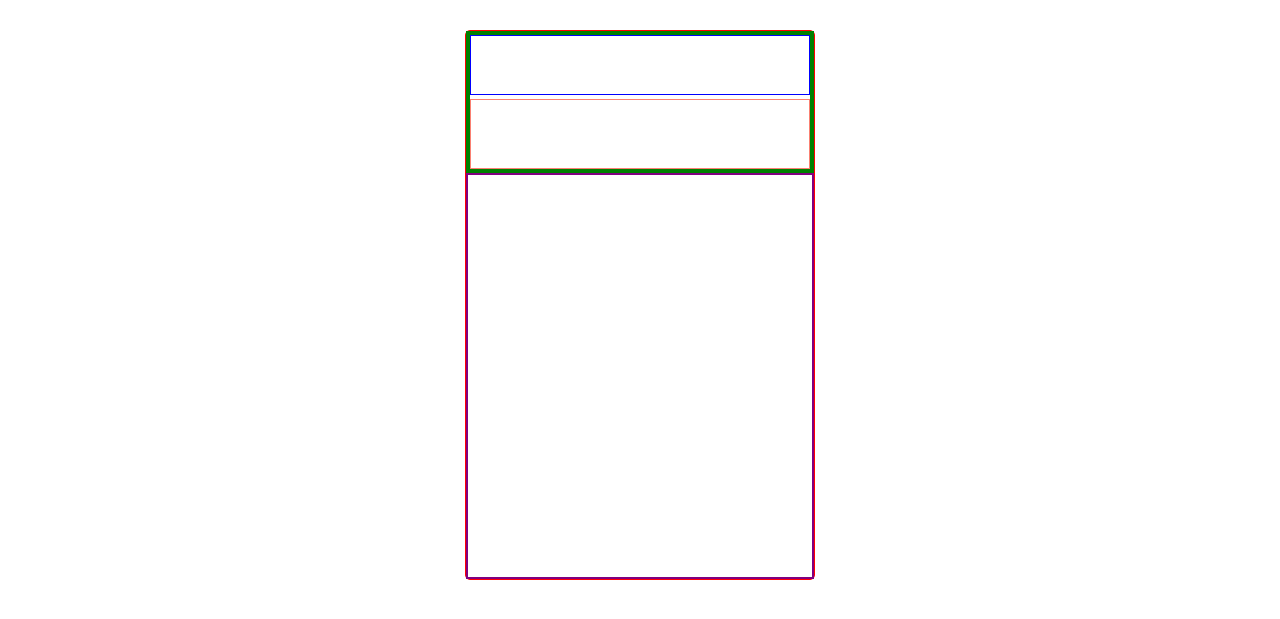
Repository: OfirLana/Calculator
Page: index.html
The author's editor kept a copy of each file at every save. The page is drawn from the files as they stood at one save, then again after the next save.
The browser window is 1280 px wide. The pictures show the whole page.

Above is the page before, as saved 2019-03-12 17:52:27.

### index.html
<!DOCTYPE html>
<html lang="en">

<head>
    <meta charset="UTF-8">
    <meta name="viewport" content="width=device-width, initial-scale=1.0">
    <meta http-equiv="X-UA-Compatible" content="ie=edge">
    <link href="https://fonts.googleapis.com/css?family=Lato:100,300,400,700,900" rel="stylesheet">
    <title>Document</title>
    <link rel="stylesheet" href="style.css">
</head>

<body>
    <div class="calculator">
        <div class="out_put_box">
            <div class="main_out_put">
            </div>
            <div class="sub_out_put">
            </div>
        </div>


        <div class="opeartor_box">



        </div>








    </div>
    <script src="index.js"></script>
</body>

</html>

### style.css
* {
    margin: 0;
    padding: 0;
    box-sizing: border-box;
}

html {
    font-size: 62.5%;
}

body {
    font-family: "Lato", sans-serif;
    font-weight: 400;
    font-size: 1.6rem;
    line-height: 1.7;
    color: #777;
    padding: 3rem;
}

.calculator {
    display: flex;
    flex-direction: column;
    margin: 0 auto;
    width: 35rem;
    height: 55rem;
    border: 1px solid red;
    border-radius: 5px;
}

.out_put_box {
    display: flex;
    flex-direction: column;
    height: 19rem;
    border: 4px solid green;
    width: 100%;
    justify-content: space-between
}

.main_out_put {
    display: flex;
    border: 1px solid blue;
    height: 6rem;
    /* background:blue; */

}

.sub_out_put {
    display: flex;
    border: 1px solid salmon;
    height: 7rem;
    /* background:red; */
}

.opeartor_box{
    display:flex;
    flex-direction: column;
    width:100%;
    border:2px solid purple;
    height:100%;
}

Loaded but not shown: index.js (no copy from this time; the picture is the same without it)

After the next save:
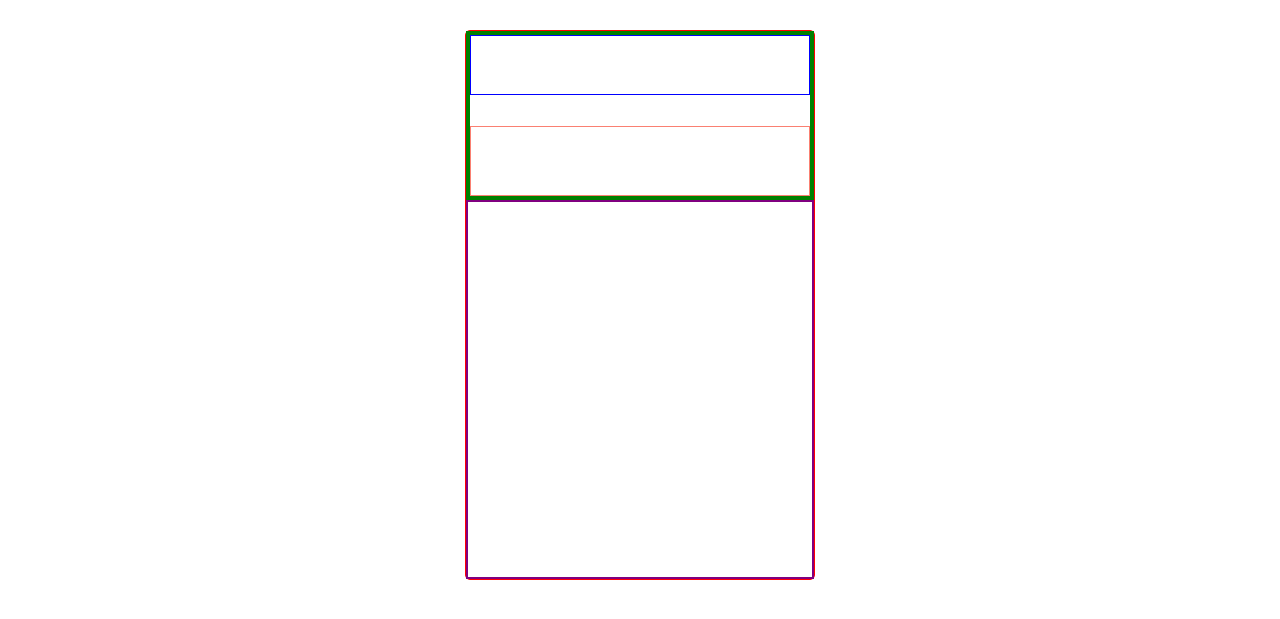
Saved 115 s later.
--- a/style.css
+++ b/style.css
@@ -30,7 +30,7 @@ body {
 .out_put_box {
     display: flex;
     flex-direction: column;
-    height: 19rem;
+    flex-basis: 44%;
     border: 4px solid green;
     width: 100%;
     justify-content: space-between
